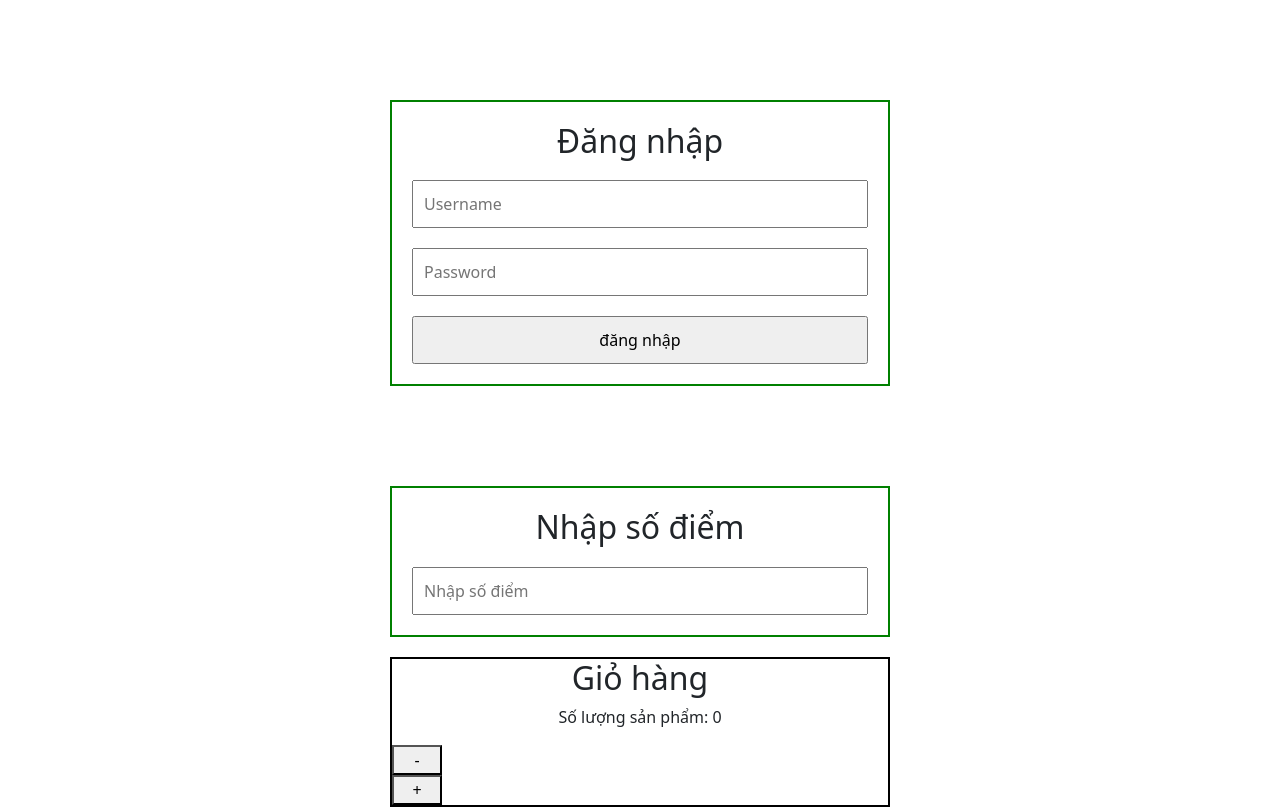
Repository: Phong-poor/frontendframework
Page: / (app in vue-lab-asm/)
An editor plug-in stored every save of this project. The page is shown before and after a run of saves, followed by the edit.
The browser window is 1280 px wide. The pictures show the whole page.
The project was rebuilt for these pictures with package versions that can differ from the ones it lists, and the page was loaded fresh each time. Also part of the build but not shown: vue-lab-asm/vite.config.js, vue-lab-asm/src/components/Lab1.vue, vue-lab-asm/src/components/product.vue, vue-lab-asm/src/components/Dangnhap.vue, vue-lab-asm/src/components/NotFound.vue, vue-lab-asm/src/components/Dangky.vue, vue-lab-asm/src/components/admin.vue, vue-lab-asm/src/components/admin-category.vue.

Above is the page before, as saved 2025-10-07 18:48:23.

### vue-lab-asm/index.html
<!DOCTYPE html>
<html lang="">
  <head>
    <meta charset="UTF-8">
    <link rel="icon" href="/favicon.ico">
    <meta name="viewport" content="width=device-width, initial-scale=1.0">
    <title>Vite App</title>
    <link rel="stylesheet" href="https://cdnjs.cloudflare.com/ajax/libs/font-awesome/6.4.0/css/all.min.css" />
    <!-- <link href="https://cdn.jsdelivr.net/npm/bootstrap@5.3.8/dist/css/bootstrap.min.css" rel="stylesheet" integrity="sha384-sRIl4kxILFvY47J16cr9ZwB07vP4J8+LH7qKQnuqkuIAvNWLzeN8tE5YBujZqJLB" crossorigin="anonymous"> -->
  </head>
  <body>
    <div id="app"></div>
    <script type="module" src="/src/main.js"></script>
  </body>
</html>

### vue-lab-asm/src/main.js
import { createApp } from 'vue'
import App from './App.vue'
import 'bootstrap/dist/css/bootstrap.min.css'
import router from './Router';
createApp(App).use(router).mount('#app')

### vue-lab-asm/src/App.vue
<script setup>
  import Lab1 from "./components/Lab1.vue";
  import Lab2 from "./components/Lab2.vue";
  import product from "./components/product.vue";
  import Dangnhap from "./components/Dangnhap.vue";

  import { onMounted } from 'vue'
  import axios from 'axios'
</script>

<template>
  <!--<product />-->
  <!--<Lab1 />-->
  <!--<RouterView></RouterView> -->
  <Lab2/>
</template>

<style scoped>

</style>

### vue-lab-asm/src/Router.js
import { createWebHistory, createRouter } from 'vue-router'

import Dangnhap from './components/Dangnhap.vue'
import product from './components/product.vue'
import NotFound from './components/NotFound.vue'
import Dangky from './components/Dangky.vue'
import admin from './components/admin.vue'
import adminCategory from './components/admin-category.vue'

const routes = [
    { path: '/login', name: 'Login', component: Dangnhap, meta: { isAuth: false } },
    { path: '/signup', name: 'Signup', component: Dangky, meta: { isAuth: false } },
    { path: '/', name: 'Home', component: product, meta: { isAuth: true }},
    { path: '/admin', name: 'Admin', component: admin, meta: { isAuth: true }},
    { path: '/adminCategory', name: 'AdminCategory', component: adminCategory, meta: { isAuth: true }},
    {
        path: '/:pathMatch(.*)*',
        name: 'NotFound',
        component: NotFound,
        meta: { isAuth: false  }
    },
]
const router = createRouter({
    history: createWebHistory(),
    routes
})
router.beforeEach((to, from, next) => {
  const currentUser = localStorage.getItem('currentUser');

  if (to.meta.isAuth) {
    if (!currentUser) {
      // chưa login -> về trang login
      return next({ name: 'Login' });
    }

    const user = JSON.parse(currentUser);
    if (!user.role) {
      // user không có quyền hợp lệ
      return next({ name: 'Login' });
    }
  }

  // nếu mọi thứ ok thì cho đi tiếp
  next();
});

export default router

### vue-lab-asm/src/components/Lab2.vue
<script setup>
import { ref } from 'vue'
const username = ref('')
const password = ref('')
const message = ref('')
const diem = ref('')
const notification = ref('')
const isSuccess = ref(false)

const handleDangNhap = () => {
    if (username.value === "") {
        message.value = "Username không được để trống"
    }
    else if (password.value === "") {
        message.value = "Password không được để trống"
    }
    else if (username.value === 'admin' && password.value === '123456') {
        message.value = 'Đăng nhập thành công'
        isSuccess.value = true
    } else {
        message.value = 'Đăng nhập thất bại'
        isSuccess.value = false
    }
}
const handleXuLyDiemTrungBinh = () => {
    if(diem.value == ""){
        notification.value = "Chưa có thông tin"
    }
    else if(diem.value > 0 && diem.value < 5){
        notification.value = "Xếp loại yếu"
    }
    else if(diem.value >= 5 && diem.value < 6.5){
        notification.value = "Xếp loại trung bình"
    }
    else if(diem.value >= 6.5 && diem.value < 8){
        notification.value = "Xếp loại khá"
    }
    else if(diem.value >= 8 && diem.value < 9){
        notification.value = "Xếp loại giỏi"
    }
    else if(diem.value >= 9 && diem.value <= 10){
        notification.value = "Xếp loại xuất xắc"
    }
    else if(diem.value > 10){
        notification.value = "Điểm trung bình phải nhỏ hơn 10"
    }
}

const quantity = ref(0)

const increase = () => quantity.value++
const decrease = () => {
  if (quantity.value > 0) quantity.value--
}
</script>
<template>
    <form>
        <h2>Đăng nhập</h2>
        <input type="text" v-model="username" placeholder="Username" />
        <input type="password" v-model="password" placeholder="Password" />
        <input @click="handleDangNhap" type="button" value="đăng nhập" />
        <span :class="{ success: isSuccess, error: !isSuccess }">{{ message }}</span>
    </form>

    <form>
        <h2>Nhập số điểm</h2>
        <input type="number" v-model="diem" @input="handleXuLyDiemTrungBinh"  placeholder="Nhập số điểm">
        <span>{{ notification }}</span>
    </form>

    <div class="Giohang">
        <h2>Giỏ hàng</h2>
        <p>Số lượng sản phẩm: {{ quantity }}</p>
        <div class="button">
            <button @click="decrease">-</button>
            <button @click="increase">+</button>
        </div>
    </div>

</template>
<style scoped>
form {
    width: 500px;
    margin: 0 auto;
    border: 2px solid green;
    padding: 20px;
    margin-top: 100px;
}
form input {
    width: 100%;
    display: block;
    margin-top: 20px;
    padding: 10px;
}
form h2{
    text-align: center;
}
.success {
    color: green;
}

.error {
    color: red;
}
.Giohang{
    border: 2px solid black;
    margin-left: auto;
    margin-right: auto;
    margin-top: 20px;
    width: 500px;
}
.Giohang h2{
    text-align: center;
}
.Giohang p{
    text-align: center;
}
.Giohang button{
    width: 50px;
    margin-right: 10px;
}
.Giohang .button{
    width: 50px;
    margin-right: 10px;
}
</style>

After the next 3 saves:
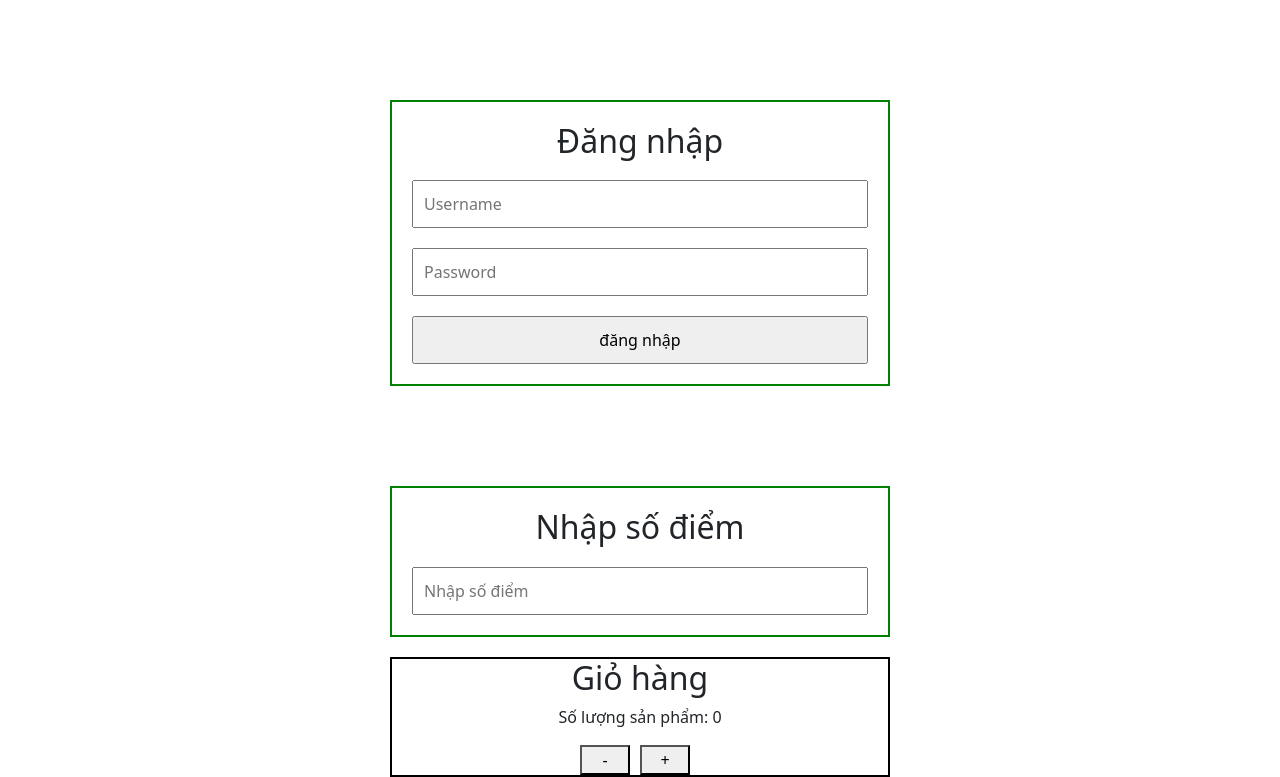
The 3 saves are shown as one change because they came seconds apart.
The last was saved 9 s later.
--- a/vue-lab-asm/src/components/Lab2.vue
+++ b/vue-lab-asm/src/components/Lab2.vue
@@ -120,7 +120,7 @@ form h2{
     margin-right: 10px;
 }
 .Giohang .button{
-    width: 50px;
-    margin-right: 10px;
+    display: flex;
+    justify-content: center;
 }
 </style>
